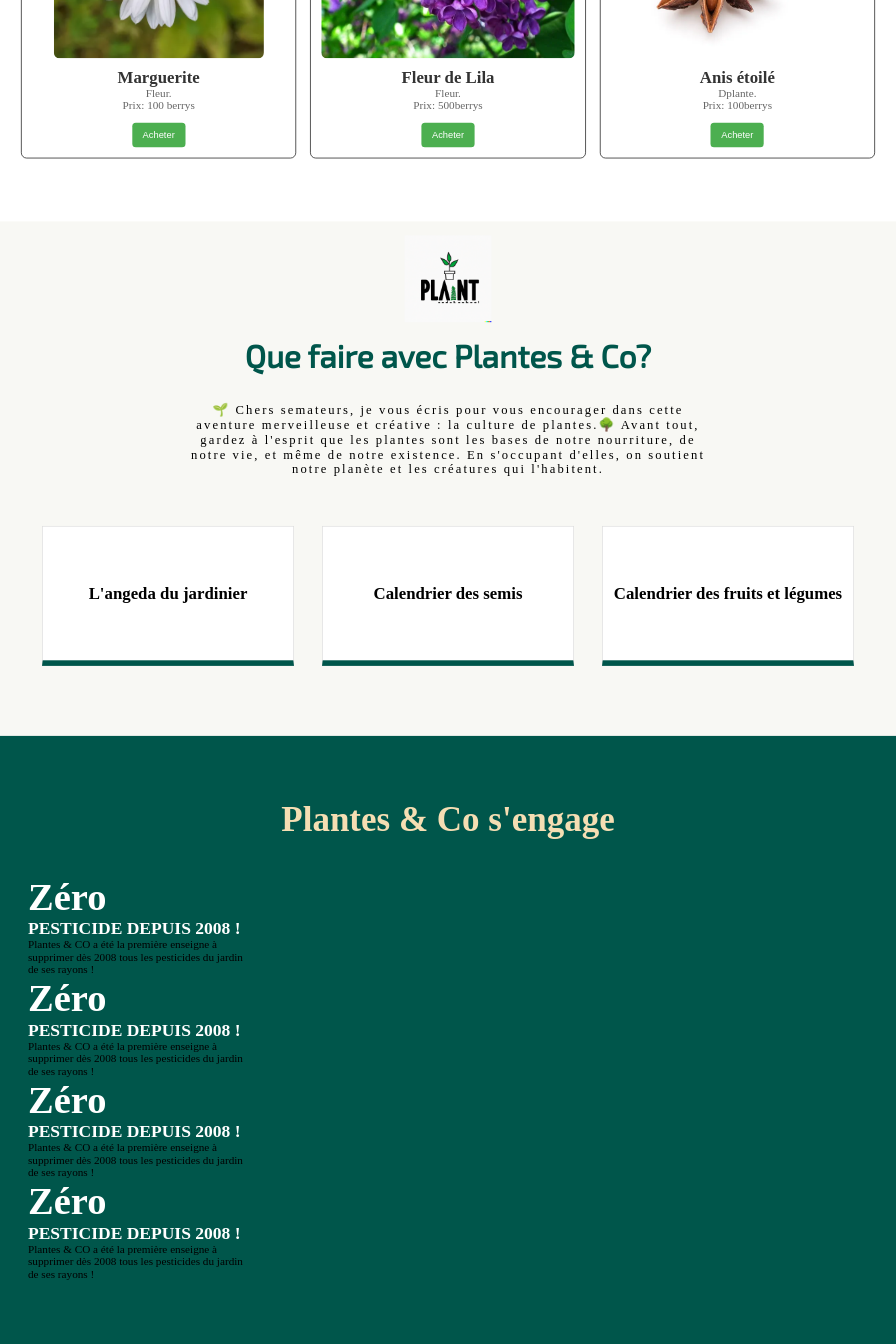
Repository: Flexo874/ISITECH-HTML-CSS
Page: index.html
These files come from the project's save history. The page is drawn as it stood at one moment and after the next save; the edit follows.
The browser window is 1280 px wide. The pictures show the part of the page from y = 1745 to 3665 px (the page is 3665 px tall before and 3503 px after), at 70% of full size.
Some web fonts or font styles are not loaded; a fallback is used.

Above is the page before, as saved 2024-01-03 14:48:29.

After the next save:
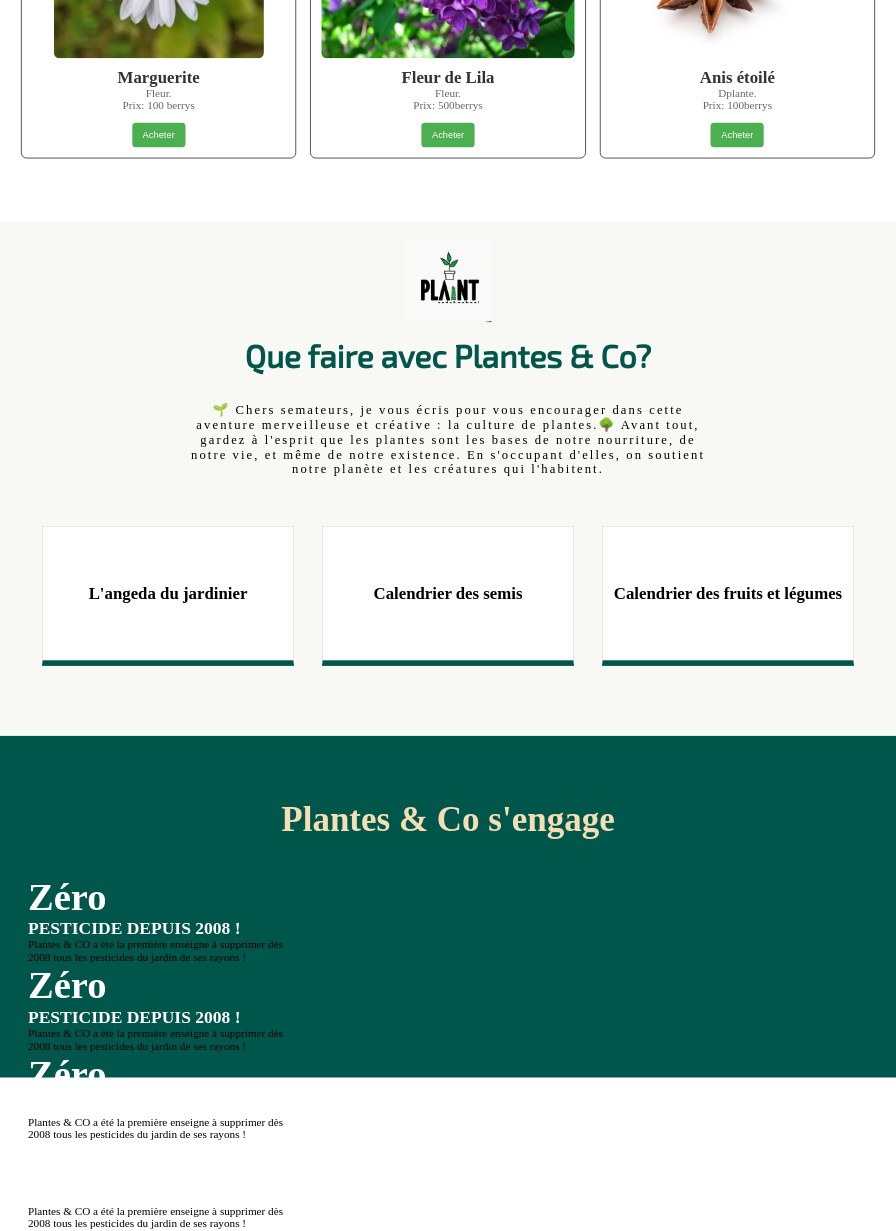
Saved 24 s later.
--- a/engagement.css
+++ b/engagement.css
@@ -24,6 +24,8 @@
     width: calc(25%);
     margin-top: 30px;
     margin-bottom: 50px;
+    height: 200px;
+  width: 30%;
 }
 
 .eng h3{

After the save that followed:
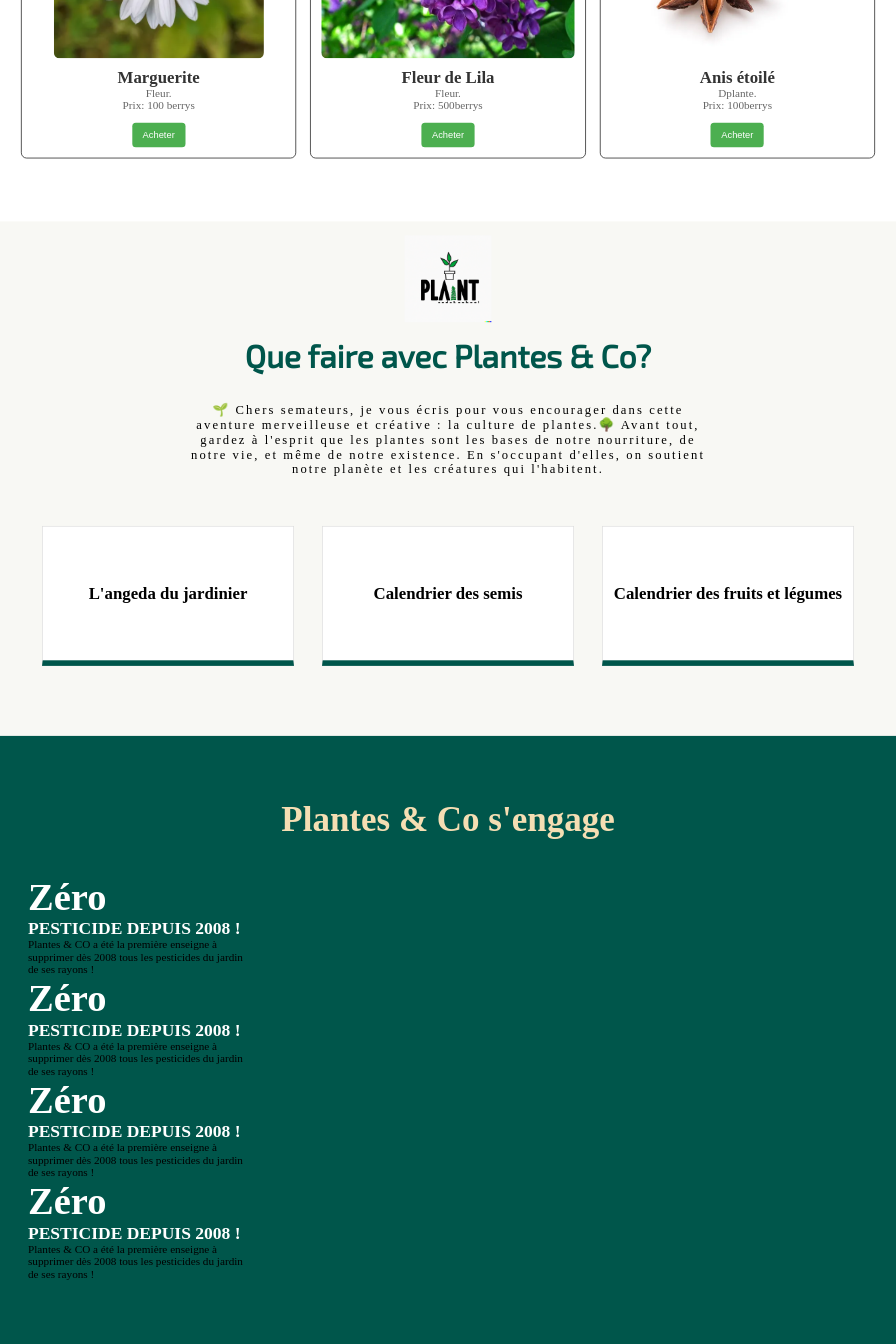
Saved 7 s later.
--- a/engagement.css
+++ b/engagement.css
@@ -24,8 +24,6 @@
     width: calc(25%);
     margin-top: 30px;
     margin-bottom: 50px;
-    height: 200px;
-  width: 30%;
 }
 
 .eng h3{
